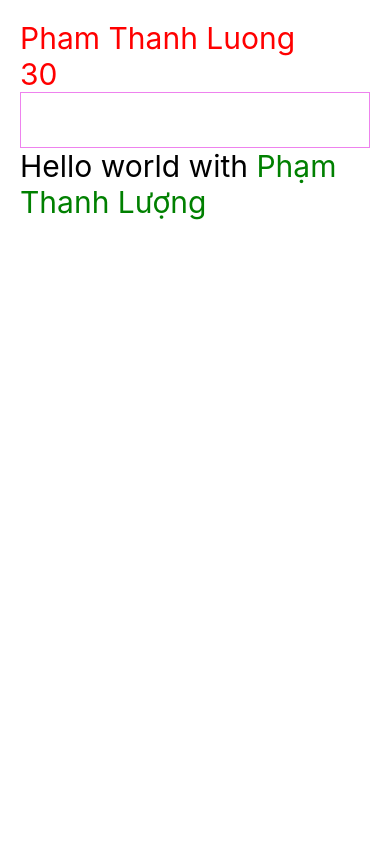
Repository: LuongPTCE181311/React-Native-Ultimate
Screen: /
The author's editor kept a copy of each file at every save. The screen is drawn from the files as they stood at one save, then again after the next save.
The app was drawn by React Native's web renderer in a window 390 px wide. The project was rebuilt for these pictures with package versions that can differ from the ones it lists, and the page was loaded fresh each time. Some packages were replaced by stand-ins written for this rebuild.

Above is the screen before, as saved 2026-05-30 15:35:17.

After the next save:
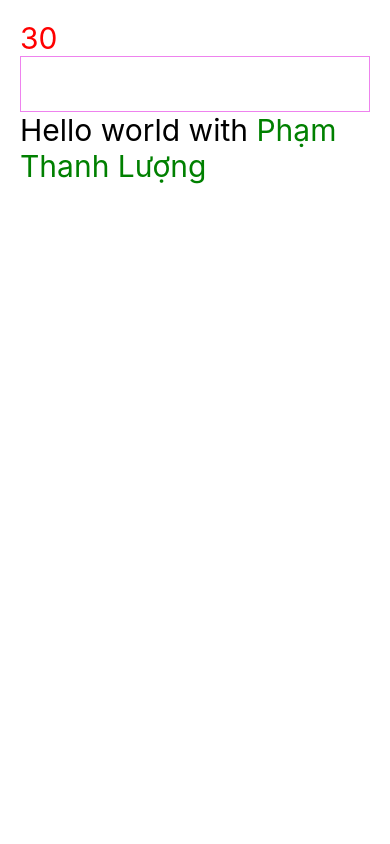
Saved 81 s later.
--- a/App.tsx
+++ b/App.tsx
@@ -5,7 +5,7 @@ import { StyleSheet, Text, TextInput, View } from 'react-native';
 
 export default function App() {
 
-  const [name, setName] = useState<string>("Pham Thanh Luong");
+  const [name, setName] = useState<string>("");
 
   const [age, setAge] = useState<number>(30);
 
